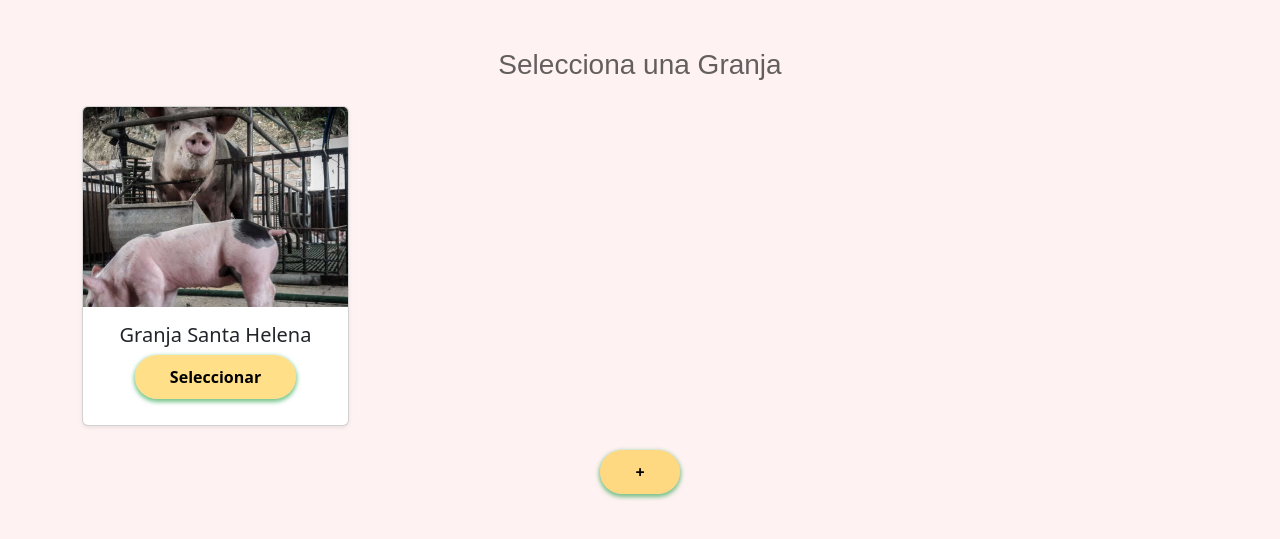
Repository: Mateojimenezz/Granja-Santa-Helena
Page: seleccionarGranja.html
An editor plug-in stored every save of this project. The page is shown before and after a run of saves, followed by the edit.
The browser window is 1280 px wide. The pictures show the whole page.
Some web fonts or font styles are not loaded; a fallback is used.

Above is the page before, as saved 2025-05-13 10:48:51.

After the next 2 saves:
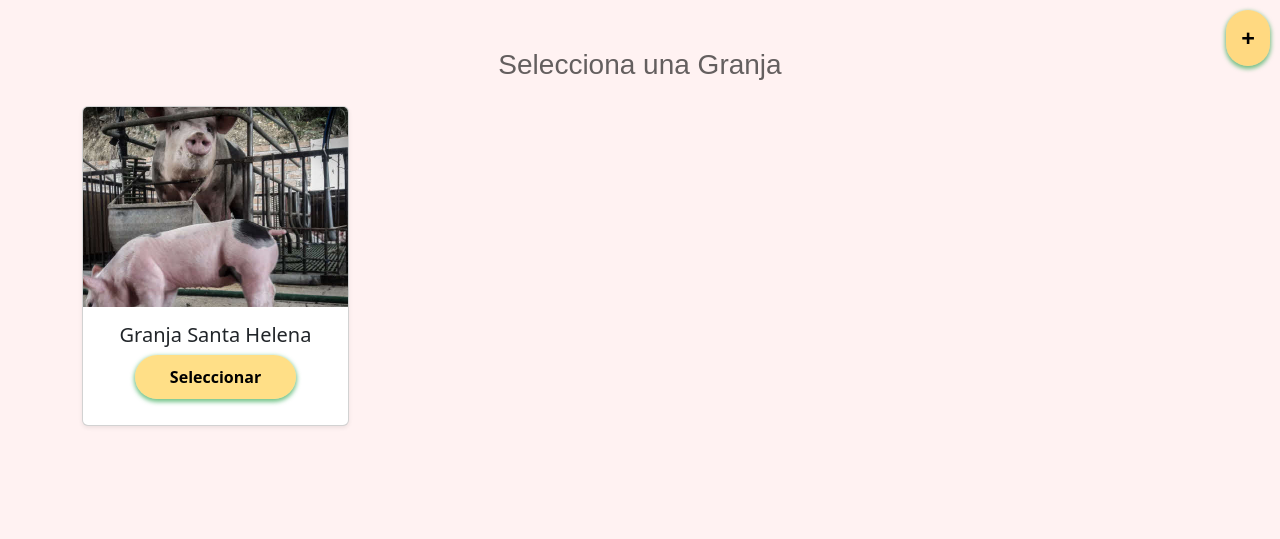
The 2 saves are shown as one change because they came seconds apart.
The last was saved 65 s later.
--- a/seleccionarGranja.html
+++ b/seleccionarGranja.html
@@ -32,7 +32,7 @@
 
         <!-- Botón para ir a la página de agregar nueva granja -->
         <div class="text-center mt-4">
-            <a href="agregarGranja.html" class="btn btn-form"> + </a>
+            <a href="agregarGranja.html" id="agregar-granja" class="btn btn-form"> + </a>
         </div>
     </div>
 
